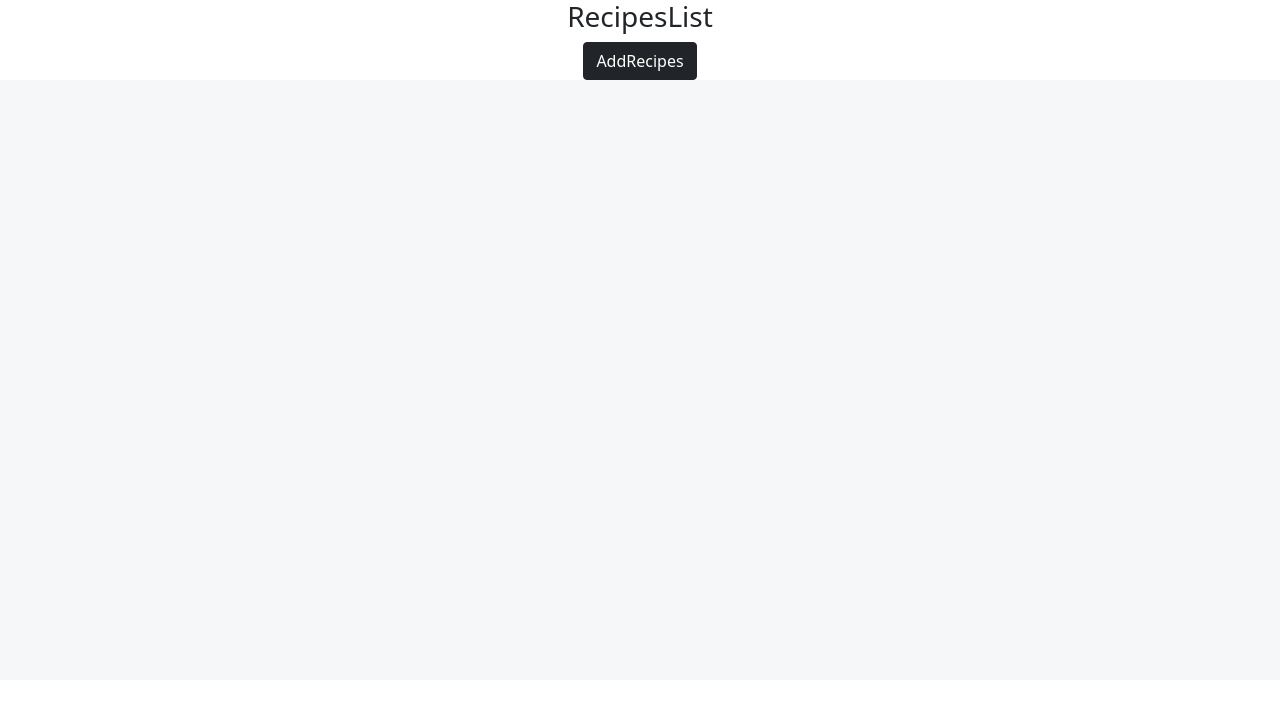
Repository: VasaviGannena/recipe-app
Page: /
These files come from the project's save history. The page is drawn as it stood at one moment and after the next save; the edit follows.
The browser window is 1280 px wide. The pictures show the whole page.
The project was rebuilt for these pictures with package versions that can differ from the ones it lists, and the page was loaded fresh each time. Also part of the build but not shown: src/Modal/EditRecipes.js, src/Components/Card.js.

Above is the page before, as saved 2021-05-31 15:07:11.

### public/index.html
<!DOCTYPE html>
<html lang="en">
  <head>
    <meta charset="utf-8" />
    <link rel="icon" href="%PUBLIC_URL%/favicon.ico" />
    <meta name="viewport" content="width=device-width, initial-scale=1" />
    <meta name="theme-color" content="#000000" />
    <meta
      name="description"
      content="Web site created using create-react-app"
    />
   <link rel="stylesheet" href="https://cdnjs.cloudflare.com/ajax/libs/font-awesome/5.15.3/css/all.min.css" integrity="sha512-iBBXm8fW90+nuLcSKlbmrPcLa0OT92xO1BIsZ+ywDWZCvqsWgccV3gFoRBv0z+8dLJgyAHIhR35VZc2oM/gI1w==" crossorigin="anonymous"/>

    <link rel="apple-touch-icon" href="%PUBLIC_URL%/logo192.png" />
    <!--
      manifest.json provides metadata used when your web app is installed on a
      user's mobile device or desktop. See https://developers.google.com/web/fundamentals/web-app-manifest/
    -->
    <link rel="manifest" href="%PUBLIC_URL%/manifest.json" />
    <!--
      Notice the use of %PUBLIC_URL% in the tags above.
      It will be replaced with the URL of the `public` folder during the build.
      Only files inside the `public` folder can be referenced from the HTML.

      Unlike "/favicon.ico" or "favicon.ico", "%PUBLIC_URL%/favicon.ico" will
      work correctly both with client-side routing and a non-root public URL.
      Learn how to configure a non-root public URL by running `npm run build`.
    -->
    <title>React App</title>
  </head>
  <body>
    <noscript>You need to enable JavaScript to run this app.</noscript>
    <div id="root"></div>
    <!--
      This HTML file is a template.
      If you open it directly in the browser, you will see an empty page.

      You can add webfonts, meta tags, or analytics to this file.
      The build step will place the bundled scripts into the <body> tag.

      To begin the development, run `npm start` or `yarn start`.
      To create a production bundle, use `npm run build` or `yarn build`.
    -->
  </body>
</html>

### src/App.js

import './App.css';
import RecipeList from './Components/RecipeList';
import 'bootstrap/dist/css/bootstrap.min.css';


function App() {
  return (
    <div className="App">
      <RecipeList />
    </div>

  );
}

export default App;

### src/App.css
/**** Card ****/
.card-wrapper{
  width: 270px;
  height: 200px;
  box-shadow: 0px 3px 50px #A5A5A5;
  display: flex;
  flex-direction: column;
}

.card-top{
  width: 100%;
  height: 2%;
}
.recipe-holder{
 width: 100%;
  height: 98%;
  padding: 10px 10px;
  display : flex;
  flex-direction: column;
  position: relative;
}
.card-header{
     margin-top: 10px;
  margin-bottom: 10px;
  max-width: 80px;
  height: 30px;
  padding: 1px 1px !important;
  text-align: center;
}
/*** RecipeList Card ***/
.recipe-container{
  height: 600px;
  width: 100%;
  display: flex;
  flex-wrap: wrap;
  background-color: #F6F7F8;
  padding : 40px 100px;

}

### src/Components/RecipeList.js
import React, { useEffect, useState } from 'react';
import CreateRecipe from '../Modal/CreateRecipe';
import Card from './Card';

const RecipeList = () => {

    const [modal, setModal] = useState(false);

    const [RecipeList, setRecipeList] = useState([])

    useEffect(() => {
        let arr = localStorage.getItem("RecipeList")

        if (arr) {
            let obj = JSON.parse(arr)
            setRecipeList(obj)
        }
    }, [])

    const deleteRecipe = (index) => {
        let tempList = RecipeList
        tempList.splice(index, 1)
        localStorage.setItem("RecipeList", JSON.stringify(tempList))
        setRecipeList(tempList)
        window.location.reload()
    }

    const updateListArray = (obj, index) => {
        let tempList = RecipeList
        tempList[index] = obj
        localStorage.setItem("RecipeList", JSON.stringify(tempList))
        setRecipeList(tempList)
        window.location.reload()

    }

    const toggle = () => setModal(!modal);


    const saveRecipe = (RecipeObj) => {
        let tempList = RecipeList
        tempList.push(RecipeObj)
        localStorage.setItem(RecipeList, JSON.stringify(tempList))
        setModal(false)
        setRecipeList(tempList)
    }

    return (
        <>
        <div className = " header text-center">
            <h3>RecipesList</h3>
            <button type="button" className="btn btn-dark" onClick = {() => setModal(true) }>AddRecipes</button>
            </div>
            <div className="recipe-container">
                {RecipeList && RecipeList.map((obj, index) => <Card RecipeObj={obj} index={index} deleteRecipe={deleteRecipe} updateListArray={updateListArray}/>)}

            </div>
            <CreateRecipe modal={modal} toggle={toggle} save={saveRecipe}/>

            </>
    );
};

export default RecipeList;

### src/Modal/CreateRecipe.js
import React, { useState } from 'react';
import { Button, Modal, ModalHeader, ModalBody, ModalFooter } from 'reactstrap';

const CreateRecipe = ({ modal, toggle, save }) => {

    const [RecipeName, setRecipeName] = useState('');
    const [Ingredients, setIngredients] = useState('');

    const handleChange = (e) => {

        const { name, value } = e.target

        if (name === "RecipeName") {
        setRecipeName(value)
        } else {
        setIngredients(value)
        }

    }

    const handleSave = () => {
        let RecipeObj = {}
        RecipeObj["name"] = RecipeName
        RecipeObj["ingredient"] = Ingredients
        save(RecipeObj)



    }

    return (

        <Modal isOpen={modal} toggle={toggle}>
        <ModalHeader toggle={toggle}>AddRecipes</ModalHeader>
            <ModalBody>
                <form>
                    <div className="form-group">
                        <label>RecipeName</label>
                        <input type="text" className="form-control" value={RecipeName} onChange={handleChange} name = "RecipeName"/>

                    </div>
                    <div className="from-group">
                        <label>Ingredients</label>
                        <textarea row = "4" className="form-control" value = {Ingredients} onChange = {handleChange} name = "Ingredients"></textarea>

                    </div>
                </form>
        </ModalBody>
        <ModalFooter>
        <Button color="primary" onClick={handleSave}>Add</Button>{' '}
        <Button color="secondary" onClick={toggle}>Cancel</Button>
        </ModalFooter>
            </Modal>

    );
};

export default CreateRecipe;

Loaded but not shown: src/index.js (common file); src/index.css (common file); src/reportWebVitals.js (common file)

After the next save:
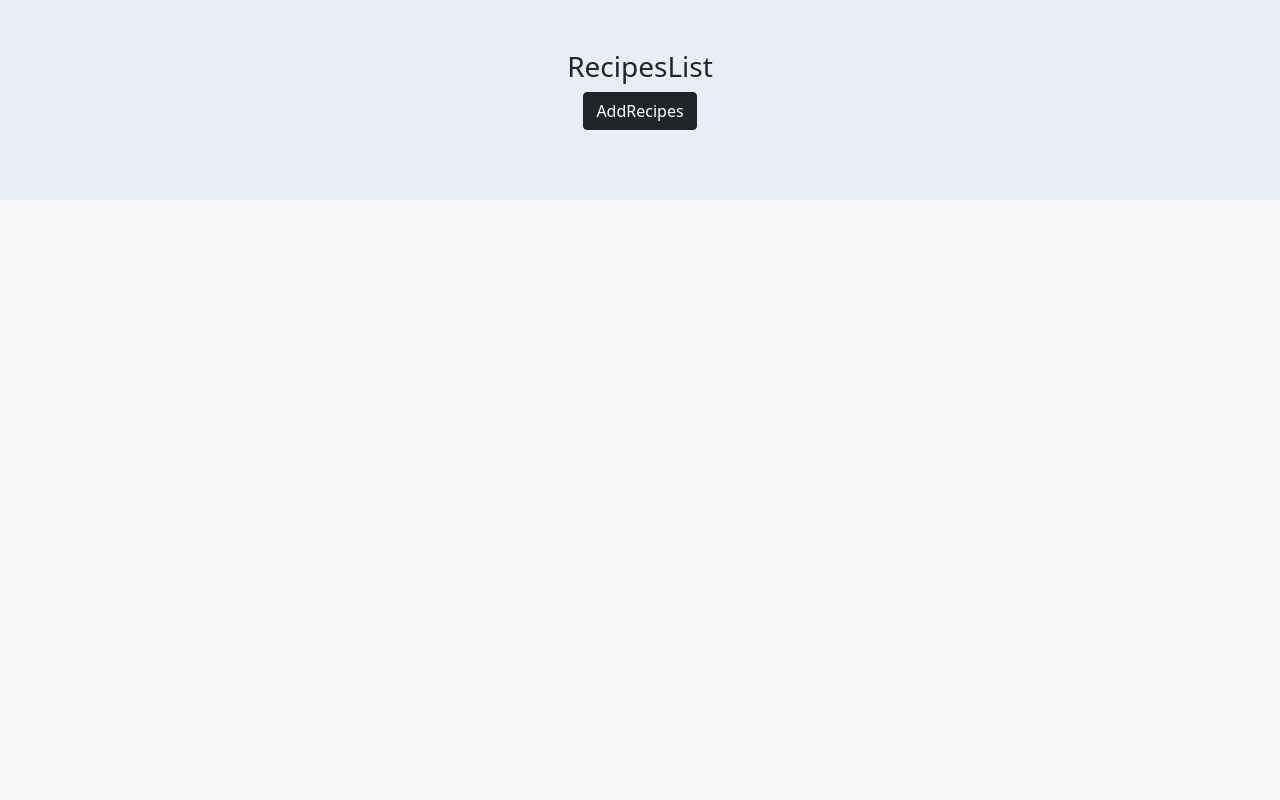
Saved 36 s later.
--- a/src/App.css
+++ b/src/App.css
@@ -1,3 +1,9 @@
+.header{
+  height: 200px;
+  width: 100%;
+  background-color : #E9EEF6;
+  padding-top: 50px;
+}
 /**** Card ****/
 .card-wrapper{
   width: 270px;
